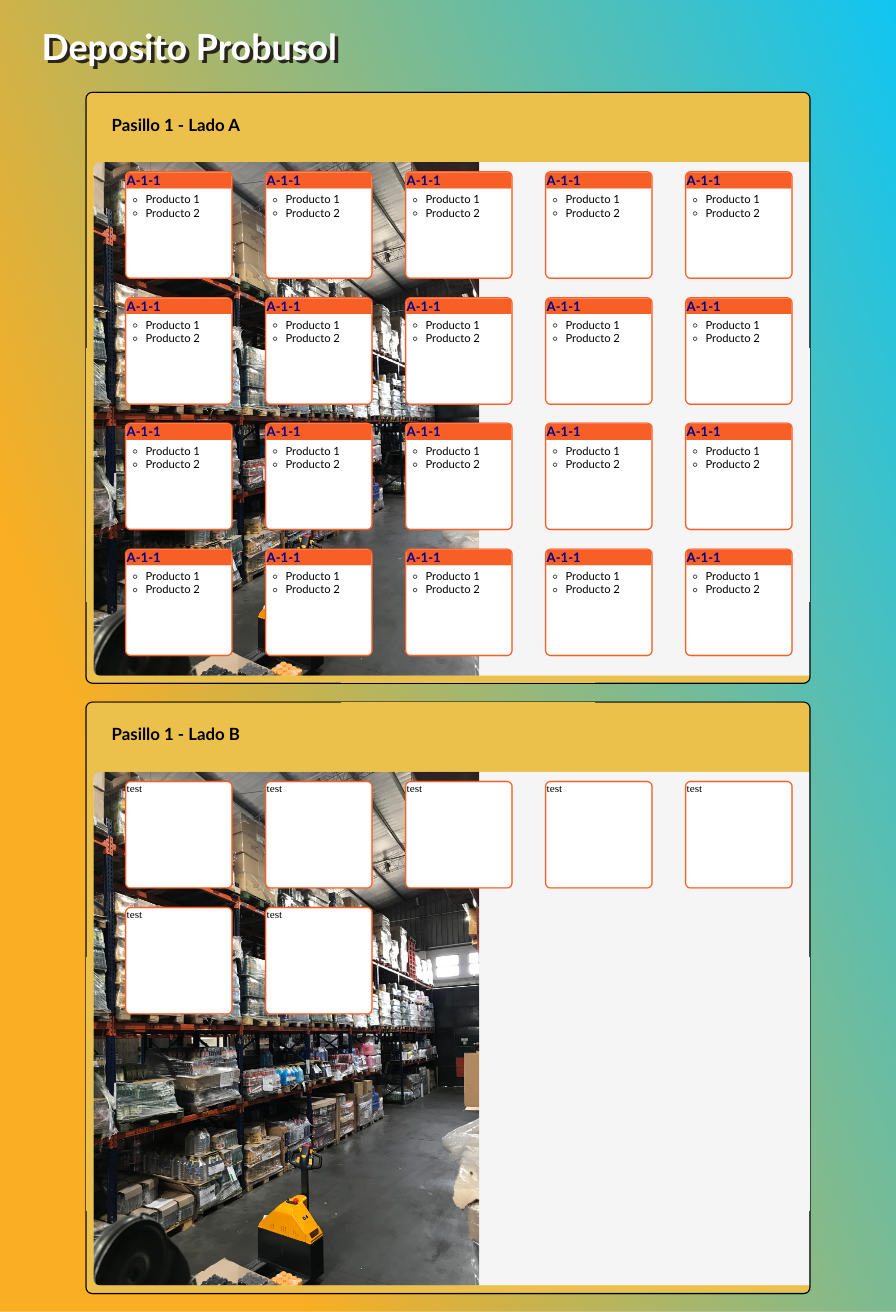
Repository: Franzcod/DepoStock_Web
Page: index.html
These files come from the project's save history. The page is drawn as it stood at one moment and after the next save; the edit follows.
The browser window is 1280 px wide. The pictures show the whole page, at 70% of full size.

Above is the page before, as saved 2020-06-07 23:00:52.
Console error: ReferenceError: ur is not defined

### index.html
<!DOCTYPE html>
<html lang="en">
<head>
    <meta charset="UTF-8">
    <meta name="viewport" content="width=device-width, initial-scale=1.0">
    <title>Deposito Probusol</title>

    <link rel="stylesheet" href="estilo/estilo.css">
</head>
<body>

    <div class="titulo">
        <h1>Deposito Probusol</h1>
    </div>


    <div class="app">
        <h2>Pasillo 1 - Lado A</h2>

        <ul class="hs">

            <li class="item">

                <h3 class="pos">A-1-1</h3>
                <ul class="listaProduc">
                    <li class="producto"> Producto 1</li>
                    <li class="producto"> Producto 2</li>
                </ul>
            </li>

            <li class="item">

                <h3 class="pos">A-1-1</h3>
                <ul class="listaProduc">
                    <li class="producto"> Producto 1</li>
                    <li class="producto"> Producto 2</li>
                </ul>
            </li>
            <li class="item">

                <h3 class="pos">A-1-1</h3>
                <ul class="listaProduc">
                    <li class="producto"> Producto 1</li>
                    <li class="producto"> Producto 2</li>
                </ul>
            </li>
            <li class="item">

                <h3 class="pos">A-1-1</h3>
                <ul class="listaProduc">
                    <li class="producto"> Producto 1</li>
                    <li class="producto"> Producto 2</li>
                </ul>
            </li>
            <li class="item">

                <h3 class="pos">A-1-1</h3>
                <ul class="listaProduc">
                    <li class="producto"> Producto 1</li>
                    <li class="producto"> Producto 2</li>
                </ul>
            </li>
            <li class="item">

                <h3 class="pos">A-1-1</h3>
                <ul class="listaProduc">
                    <li class="producto"> Producto 1</li>
                    <li class="producto"> Producto 2</li>
                </ul>
            </li>
            <li class="item">

                <h3 class="pos">A-1-1</h3>
                <ul class="listaProduc">
                    <li class="producto"> Producto 1</li>
                    <li class="producto"> Producto 2</li>
                </ul>
            </li>
            <li class="item">

                <h3 class="pos">A-1-1</h3>
                <ul class="listaProduc">
                    <li class="producto"> Producto 1</li>
                    <li class="producto"> Producto 2</li>
                </ul>
            </li>
            <li class="item">

                <h3 class="pos">A-1-1</h3>
                <ul class="listaProduc">
                    <li class="producto"> Producto 1</li>
                    <li class="producto"> Producto 2</li>
                </ul>
            </li>
            <li class="item">

                <h3 class="pos">A-1-1</h3>
                <ul class="listaProduc">
                    <li class="producto"> Producto 1</li>
                    <li class="producto"> Producto 2</li>
                </ul>
            </li>
            <li class="item">

                <h3 class="pos">A-1-1</h3>
                <ul class="listaProduc">
                    <li class="producto"> Producto 1</li>
                    <li class="producto"> Producto 2</li>
                </ul>
            </li>
            <li class="item">

                <h3 class="pos">A-1-1</h3>
                <ul class="listaProduc">
                    <li class="producto"> Producto 1</li>
                    <li class="producto"> Producto 2</li>
                </ul>
            </li>
            <li class="item">

                <h3 class="pos">A-1-1</h3>
                <ul class="listaProduc">
                    <li class="producto"> Producto 1</li>
                    <li class="producto"> Producto 2</li>
                </ul>
            </li>
            <li class="item">

                <h3 class="pos">A-1-1</h3>
                <ul class="listaProduc">
                    <li class="producto"> Producto 1</li>
                    <li class="producto"> Producto 2</li>
                </ul>
            </li>
            <li class="item">

                <h3 class="pos">A-1-1</h3>
                <ul class="listaProduc">
                    <li class="producto"> Producto 1</li>
                    <li class="producto"> Producto 2</li>
                </ul>
            </li>
            <li class="item">

                <h3 class="pos">A-1-1</h3>
                <ul class="listaProduc">
                    <li class="producto"> Producto 1</li>
                    <li class="producto"> Producto 2</li>
                </ul>
            </li>
            <li class="item">

                <h3 class="pos">A-1-1</h3>
                <ul class="listaProduc">
                    <li class="producto"> Producto 1</li>
                    <li class="producto"> Producto 2</li>
                </ul>
            </li>
            <li class="item">

                <h3 class="pos">A-1-1</h3>
                <ul class="listaProduc">
                    <li class="producto"> Producto 1</li>
                    <li class="producto"> Producto 2</li>
                </ul>
            </li>
            <li class="item">

                <h3 class="pos">A-1-1</h3>
                <ul class="listaProduc">
                    <li class="producto"> Producto 1</li>
                    <li class="producto"> Producto 2</li>
                </ul>
            </li>
            <li class="item">

                <h3 class="pos">A-1-1</h3>
                <ul class="listaProduc">
                    <li class="producto"> Producto 1</li>
                    <li class="producto"> Producto 2</li>
                </ul>
            </li>
            <li class="item">

                <h3 class="pos">A-1-1</h3>
                <ul class="listaProduc">
                    <li class="producto"> Producto 1</li>
                    <li class="producto"> Producto 2</li>
                </ul>
            </li>
            <li class="item">

                <h3 class="pos">A-1-1</h3>
                <ul class="listaProduc">
                    <li class="producto"> Producto 1</li>
                    <li class="producto"> Producto 2</li>
                </ul>
            </li>
            <li class="item">

                <h3 class="pos">A-1-1</h3>
                <ul class="listaProduc">
                    <li class="producto"> Producto 1</li>
                    <li class="producto"> Producto 2</li>
                </ul>
            </li>
            <li class="item">

                <h3 class="pos">A-1-1</h3>
                <ul class="listaProduc">
                    <li class="producto"> Producto 1</li>
                    <li class="producto"> Producto 2</li>
                </ul>
            </li>
            <li class="item">

                <h3 class="pos">A-1-1</h3>
                <ul class="listaProduc">
                    <li class="producto"> Producto 1</li>
                    <li class="producto"> Producto 2</li>
                </ul>
            </li>
            <li class="item">

                <h3 class="pos">A-1-1</h3>
                <ul class="listaProduc">
                    <li class="producto"> Producto 1</li>
                    <li class="producto"> Producto 2</li>
                </ul>
            </li>
            <li class="item">

                <h3 class="pos">A-1-1</h3>
                <ul class="listaProduc">
                    <li class="producto"> Producto 1</li>
                    <li class="producto"> Producto 2</li>
                </ul>
            </li>
            <li class="item">

                <h3 class="pos">A-1-1</h3>
                <ul class="listaProduc">
                    <li class="producto"> Producto 1</li>
                    <li class="producto"> Producto 2</li>
                </ul>
            </li>
            <li class="item">

                <h3 class="pos">A-1-1</h3>
                <ul class="listaProduc">
                    <li class="producto"> Producto 1</li>
                    <li class="producto"> Producto 2</li>
                </ul>
            </li>
            <li class="item">

                <h3 class="pos">A-1-1</h3>
                <ul class="listaProduc">
                    <li class="producto"> Producto 1</li>
                    <li class="producto"> Producto 2</li>
                </ul>
            </li>
            <li class="item">

                <h3 class="pos">A-1-1</h3>
                <ul class="listaProduc">
                    <li class="producto"> Producto 1</li>
                    <li class="producto"> Producto 2</li>
                </ul>
            </li>
            <li class="item">

                <h3 class="pos">A-1-1</h3>
                <ul class="listaProduc">
                    <li class="producto"> Producto 1</li>
                    <li class="producto"> Producto 2</li>
                </ul>
            </li>
            <li class="item">

                <h3 class="pos">A-1-1</h3>
                <ul class="listaProduc">
                    <li class="producto"> Producto 1</li>
                    <li class="producto"> Producto 2</li>
                </ul>
            </li>
            <li class="item">

                <h3 class="pos">A-1-1</h3>
                <ul class="listaProduc">
                    <li class="producto"> Producto 1</li>
                    <li class="producto"> Producto 2</li>
                </ul>
            </li>
            <li class="item">

                <h3 class="pos">A-1-1</h3>
                <ul class="listaProduc">
                    <li class="producto"> Producto 1</li>
                    <li class="producto"> Producto 2</li>
                </ul>
            </li>
            <li class="item">

                <h3 class="pos">A-1-1</h3>
                <ul class="listaProduc">
                    <li class="producto"> Producto 1</li>
                </ul>
            </li>
            <li class="item">

                <h3 class="pos">A-1-1</h3>
                <ul class="listaProduc">
                    <li class="producto"> Producto 1</li>
                    <li class="producto"> Producto 2</li>
                </ul>
            </li>
            <li class="item">

                <h3 class="pos">A-1-1</h3>
                <ul class="listaProduc">
                    <li class="producto"> Producto 1</li>
                    <li class="producto"> Producto 2</li>
                </ul>
            </li>
            <li class="item">

                <h3 class="pos">A-1-1</h3>
                <ul class="listaProduc">
                    <li class="producto"> Producto 1</li>
                    <li class="producto"> Producto 2</li>
                </ul>
            </li>
            <li class="item">

                <h3 class="pos">A-1-1</h3>
                <ul class="listaProduc">
                    <li class="producto"> Producto 1</li>
                    <li class="producto"> Producto 2</li>
                </ul>
            </li>



        </ul>

        <!-- <div class="container">
            <div class="item">
            <h3>Block for context</h3>
            </div>
        </div> -->
    </div>

    <div class="app">
        <h2>Pasillo 1 - Lado B</h2>

        <ul class="hs">
            <li class="item">test</li>
            <li class="item">test</li>
            <li class="item">test</li>
            <li class="item">test</li>
            <li class="item">test</li>
            <li class="item">test</li>
            <li class="item">test</li>
            <li class="item">test</li>
            <li class="item">test</li>
            <li class="item">test</li>
            <li class="item">test</li>
            <li class="item">test</li>

        </ul>

        <!-- <div class="container">
            <div class="item">
            <h3>Block for context</h3>
            </div>
        </div> -->
    </div>






    <script>ur</script>

</body>







</html>

### estilo/estilo.css
html{
    background: rgb(11,196,242);
    background: linear-gradient(249deg, rgba(11,196,242,0.981127485173757) 0%, rgba(248,163,5,0.8774860285911239) 78%);
}

.titulo{
    margin: 2vw 4vw;
    align-items: flex-start;
    color: #fff;
    font-size: 2vw;
    font-family: 'Gill Sans', 'Gill Sans MT', Calibri, 'Trebuchet MS', sans-serif;
    text-shadow: 5px 5px rgb(42, 38, 30);

}


:root {
--gutter: 20px;
}

.app {
    padding: 10px;
    display: grid;
    grid-gap: var(--gutter) 0;
    border: 2px solid black;
    /* grid-template-columns: var(--gutter) 1fr var(--gutter);  */
    align-content: start;
    width: 80%;
    height: 75%;

    background: rgb(235, 192, 75);
    /* overflow-y: scroll; */
    margin: 2vw auto;
    overflow-x: auto;
    border-radius: 10px;
}


.hs {
    display: grid;
    grid-template-columns: repeat(10, 1fr);
    grid-template-rows: repeat(4, 1fr);
    overflow-x: auto;
    /* scroll-snap-type: x proximity; */
    padding-bottom: calc(.75 * var(--gutter));
    background-color:whitesmoke;
    width: 2000px;
    align-items: center;
    margin: auto;
    border-radius: 10px;
    background-image: url("/img/dep.jpg");
    /* background-position: initial;  */
    background-repeat: repeat-y; /* Do not repeat the image */
    background-size: contain;
}

h2{
    margin-left: 2vw;
    font-family: 'Gill Sans', 'Gill Sans MT', Calibri, 'Trebuchet MS', sans-serif;
}

.item {
    /* scroll-snap-align: center; */
    /* padding: 2px;  */
    display: flex;
    flex-direction: column;
    justify-content: start;
    align-items: flex-start;
    background: #fff;
    border: 2px solid rgb(247, 95, 39);
    border-radius: 8px;
    height: 150px;
    width: 150px;
    margin: 1vw 5px;
}


.pos{
    width: 100%;
    height: 15%;
    border-radius: 4px 4px 0 0 ;
    margin: 0px auto;
    align-items: center;
    color: darkblue;
    background-color: rgb(247, 95, 39);
    font-family: 'Gill Sans', 'Gill Sans MT', Calibri, 'Trebuchet MS', sans-serif;

}


.listaProduc{
    margin-top: 5px;
    margin-left: 2px;
    padding-left: 25px;
    font-family: 'Gill Sans', 'Gill Sans MT', Calibri, 'Trebuchet MS', sans-serif;

}

After the next save:
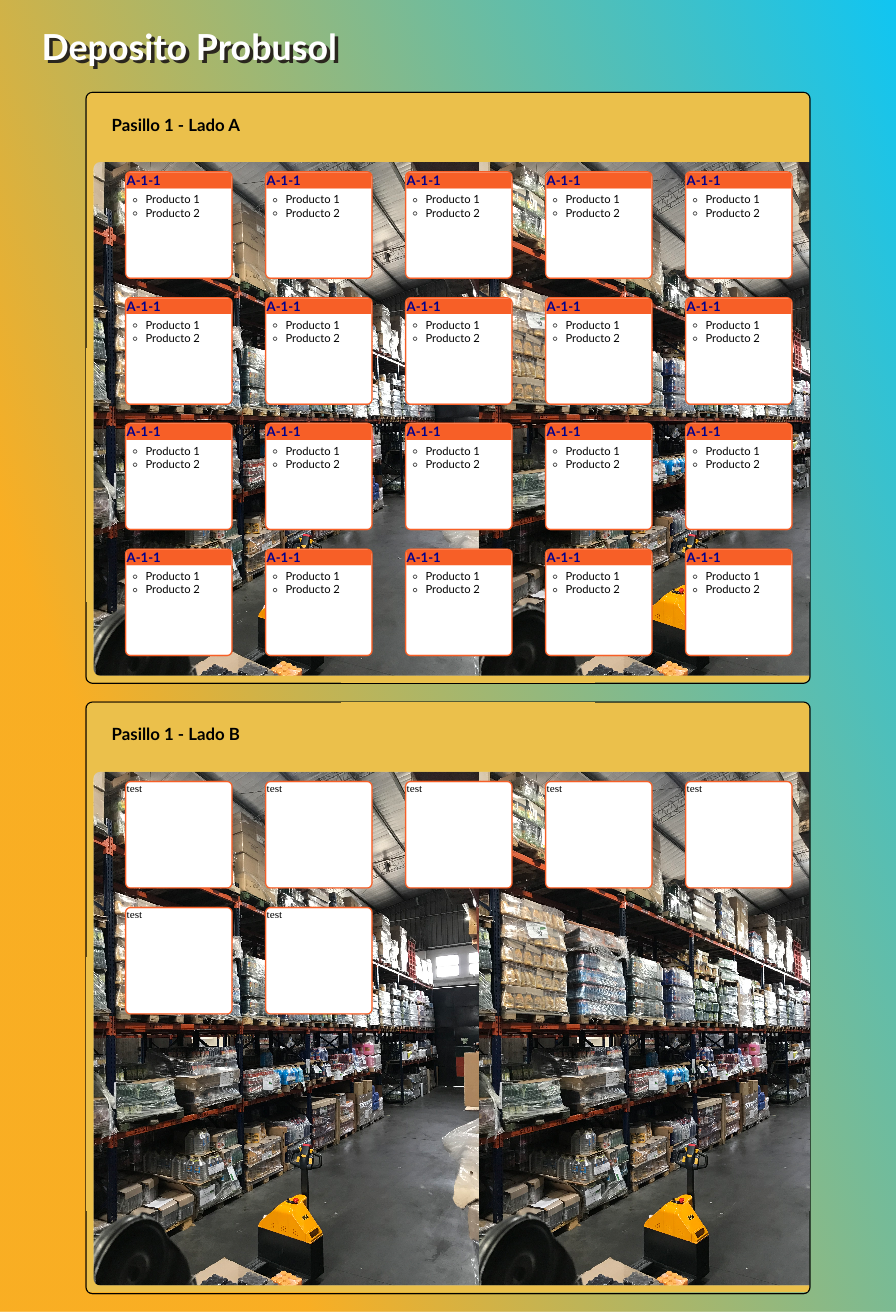
Saved 8 s later.
--- a/estilo/estilo.css
+++ b/estilo/estilo.css
@@ -50,7 +50,7 @@ html{
     border-radius: 10px;
     background-image: url("/img/dep.jpg");
     /* background-position: initial;  */
-    background-repeat: repeat-y; /* Do not repeat the image */
+    background-repeat: repeat-x; /* Do not repeat the image */
     background-size: contain;
 }
 
